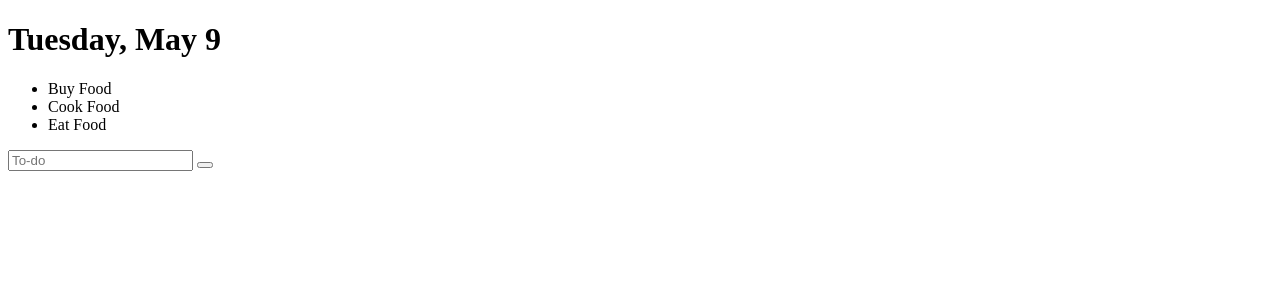
Repository: thecoachanna/todolist-v1
Page: http://localhost/
An editor plug-in stored every save of this project. The page is shown before and after the next save, followed by the edit.
The browser window is 1280 px wide. The pictures show the whole page.
The page is served by the project's Node server (app.js).

Above is the page before, as saved 2023-05-09 07:19:56.

After the next save:
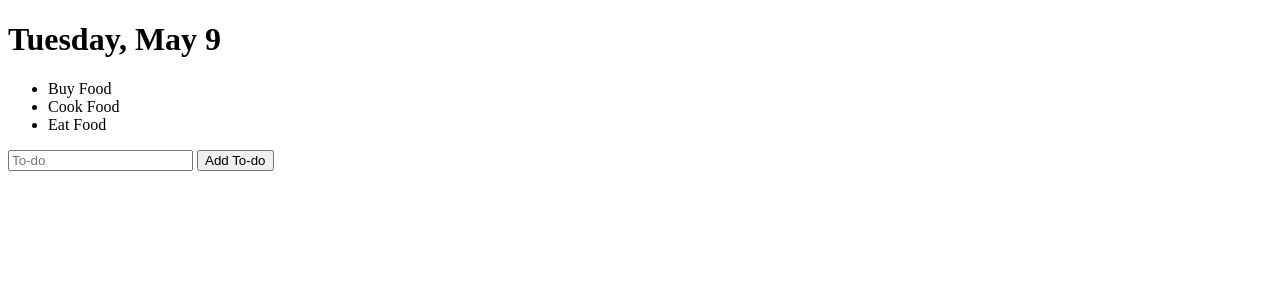
Saved 6 s later.
--- a/views/list.ejs
+++ b/views/list.ejs
@@ -18,7 +18,7 @@
 
     <form action="/views/list.ejs" method="post">
         <input type="text" name="todo" placeholder="To-do" id="">
-        <button type="sumbit"></button>
+        <button type="sumbit">Add To-do</button>
     </form>
 </body>
 </html>
